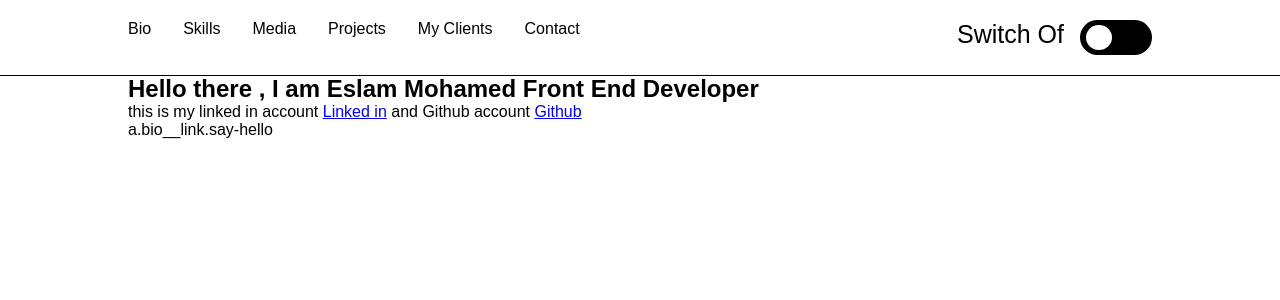
Repository: Eslam0Mohamed/portfolio
Page: index.html
The author's editor kept a copy of each file at every save. The page is drawn from the files as they stood at one save, then again after a run of saves.
The browser window is 1280 px wide. The pictures show the whole page.

Above is the page before, as saved 2024-07-13 23:56:46.

After the next 2 saves:
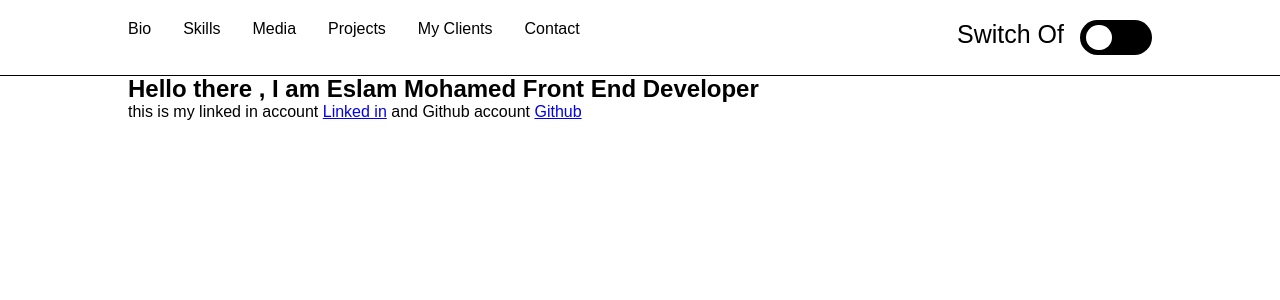
The 2 saves are shown as one change because they came seconds apart.
The last was saved 7 s later.
--- a/index.html
+++ b/index.html
@@ -53,7 +53,9 @@
           and Github account
           <a href="https://github.com/Eslam0Mohamed">Github</a>
         </p>
-        a.bio__link.say-hello
+        </p>
+        <a href="" class="bio__link say-hello"></a>
+        <a href="" class="bio__link say-hello"></a>
       </section>
     </div>
   </body>
